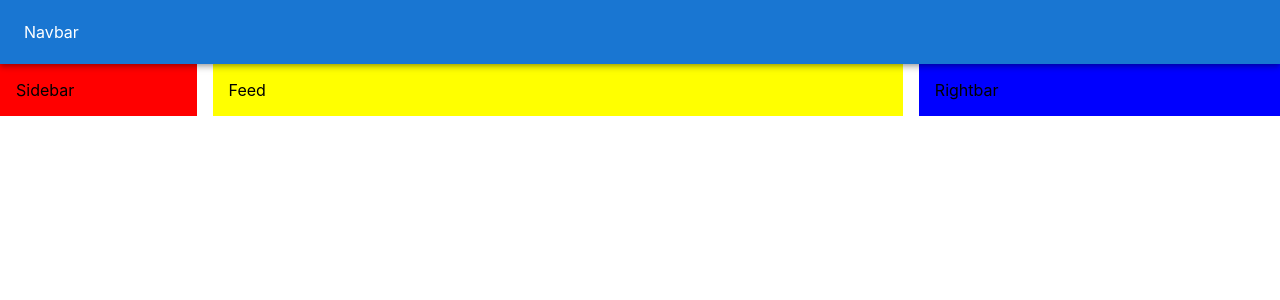
Repository: abubaker-cs/mui5_dashboard
Page: /
An editor plug-in stored every save of this project. The page is shown before and after the next save, followed by the edit.
The browser window is 1280 px wide. The pictures show the whole page.
The project was rebuilt for these pictures with package versions that can differ from the ones it lists, and the page was loaded fresh each time. Also part of the build but not shown: src/App.css.

Above is the page before, as saved 2022-07-17 05:44:54.

### public/index.html
<!DOCTYPE html>
<html lang="en">
  <head>
    <meta charset="utf-8" />
    <link rel="icon" href="%PUBLIC_URL%/favicon.ico" />
    <meta name="viewport" content="width=device-width, initial-scale=1" />
    <meta name="theme-color" content="#000000" />
    <meta
      name="description"
      content="Web site created using create-react-app"
    />
    <link rel="apple-touch-icon" href="%PUBLIC_URL%/logo192.png" />

    <link rel="manifest" href="%PUBLIC_URL%/manifest.json" />
    <link
      rel="stylesheet"
      href="https://fonts.googleapis.com/css?family=Roboto:300,400,500,700&display=swap"
    />
    <link
      rel="stylesheet"
      href="https://fonts.googleapis.com/icon?family=Material+Icons"
    />

    <title>React App</title>
  </head>
  <body>
    <noscript>You need to enable JavaScript to run this app.</noscript>
    <div id="root"></div>
  </body>
</html>

### src/App.js
import "./App.css";
import Sidebar from "./components/Sidebar";
import Feed from "./components/Feed";
import Rightbar from "./components/Rightbar";
import { Box, Stack } from "@mui/material";
import Navbar from "./components/Navbar";

function App() {
  return (
    <Box>
      <Navbar />
      <Stack direction="row" spacing={2} justifyContent="space-evenly">
        <Sidebar />
        <Feed />
        <Rightbar />
      </Stack>
    </Box>
  );
}

export default App;

### src/components/Sidebar.jsx
import { Box } from "@mui/material";
import React from "react";

const Sidebar = () => {
  return (
    <Box
      bgcolor="red"
      flex={1}
      p={2}
      sx={{ display: { xs: "none", sm: "block" } }}
    >
      Sidebar
    </Box>
  );
};

export default Sidebar;

### src/components/Feed.jsx
import { Box } from "@mui/material";
import React from "react";

const Feed = () => {
  return (
    <Box bgcolor="yellow" flex={4} p={2}>
      Feed
    </Box>
  );
};

export default Feed;

### src/components/Rightbar.jsx
import { Box } from "@mui/material";
import React from "react";

const Rightbar = () => {
  return (
    <Box
      bgcolor="blue"
      flex={2}
      p={2}
      sx={{ display: { xs: "none", sm: "block" } }}
    >
      Rightbar
    </Box>
  );
};

export default Rightbar;

### src/components/Navbar.jsx
import { AppBar, Toolbar, styled } from "@mui/material";
import React from "react";

const StyledToolbar = styled(Toolbar)({
  display: "flex",
  justifyContent: "space-between",
});

const Navbar = () => {
  return (
    <AppBar position="sticky">
      <StyledToolbar>Navbar</StyledToolbar>
    </AppBar>
  );
};

export default Navbar;

Loaded but not shown: src/index.js (common file); src/index.css (common file)

After the next save:
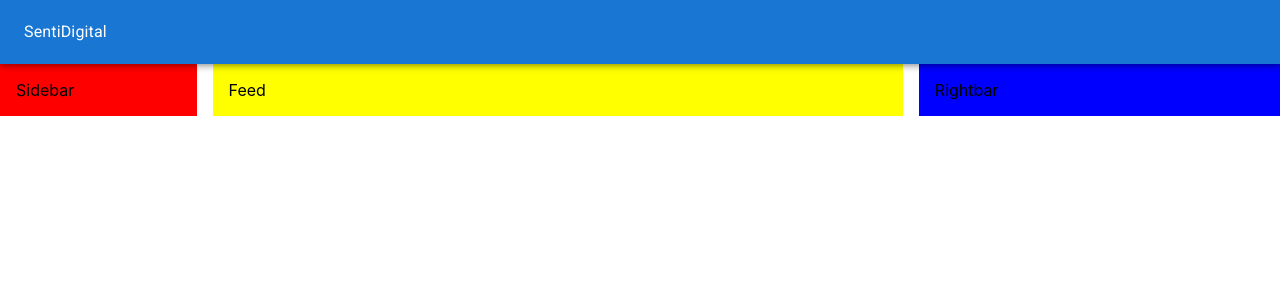
Saved 39 s later.
--- a/src/components/Navbar.jsx
+++ b/src/components/Navbar.jsx
@@ -1,4 +1,4 @@
-import { AppBar, Toolbar, styled } from "@mui/material";
+import { AppBar, Toolbar, styled, Typography } from "@mui/material";
 import React from "react";
 
 const StyledToolbar = styled(Toolbar)({
@@ -9,7 +9,9 @@ const StyledToolbar = styled(Toolbar)({
 const Navbar = () => {
   return (
     <AppBar position="sticky">
-      <StyledToolbar>Navbar</StyledToolbar>
+      <StyledToolbar>
+        <Typography>SentiDigital</Typography>
+      </StyledToolbar>
     </AppBar>
   );
 };
